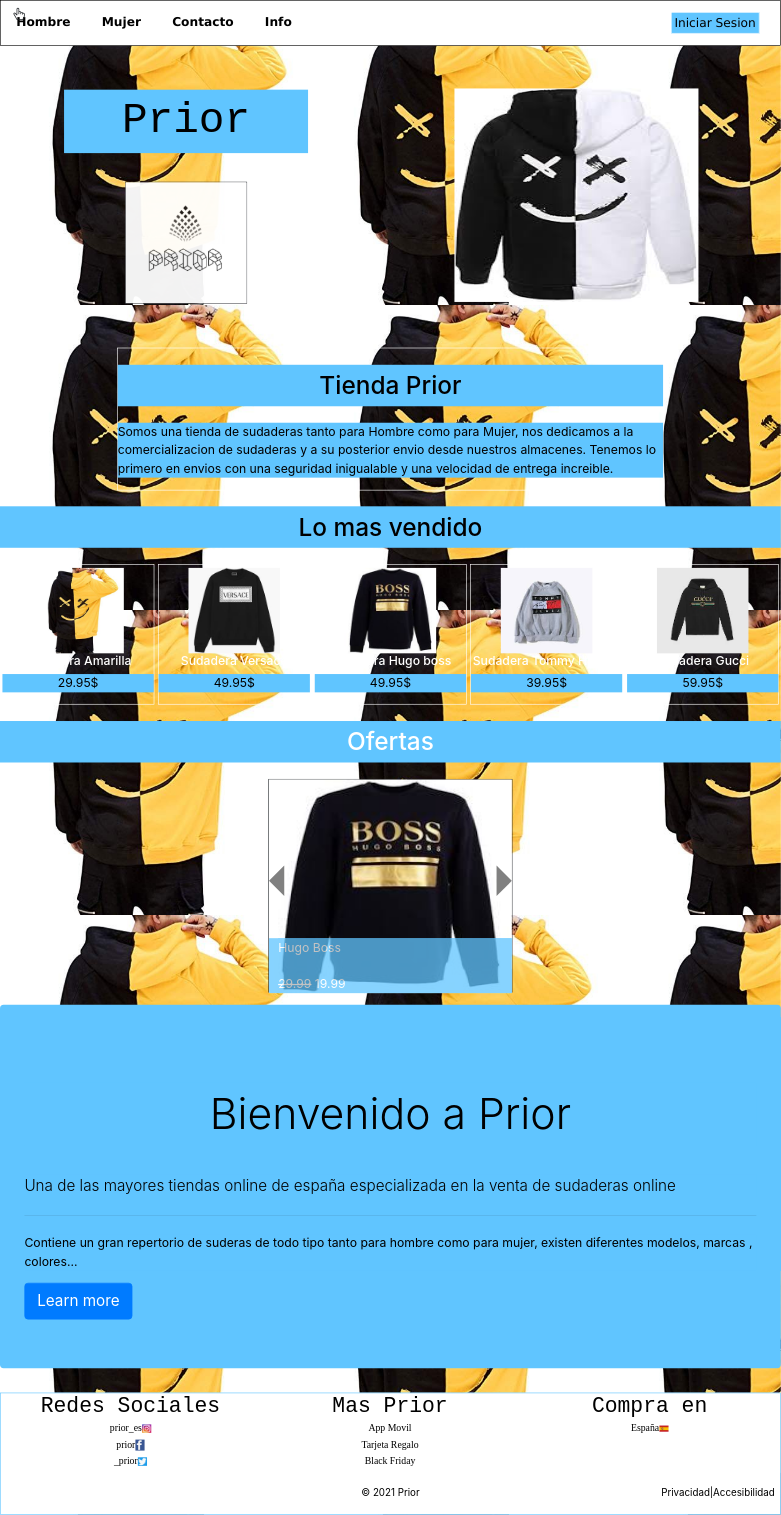
Repository: danilugones10/Proyecto
Page: main.html
The author's editor kept a copy of each file at every save. The page is drawn from the files as they stood at one save, then again after the next save.
The browser window is 1280 px wide. The pictures show the whole page, at 61% of full size.
After loading, the first visible `#oscuro` was clicked once.
Some web libraries are served in a nearby version.

Above is the page before, as saved 2021-03-20 13:06:44.

After the next save:
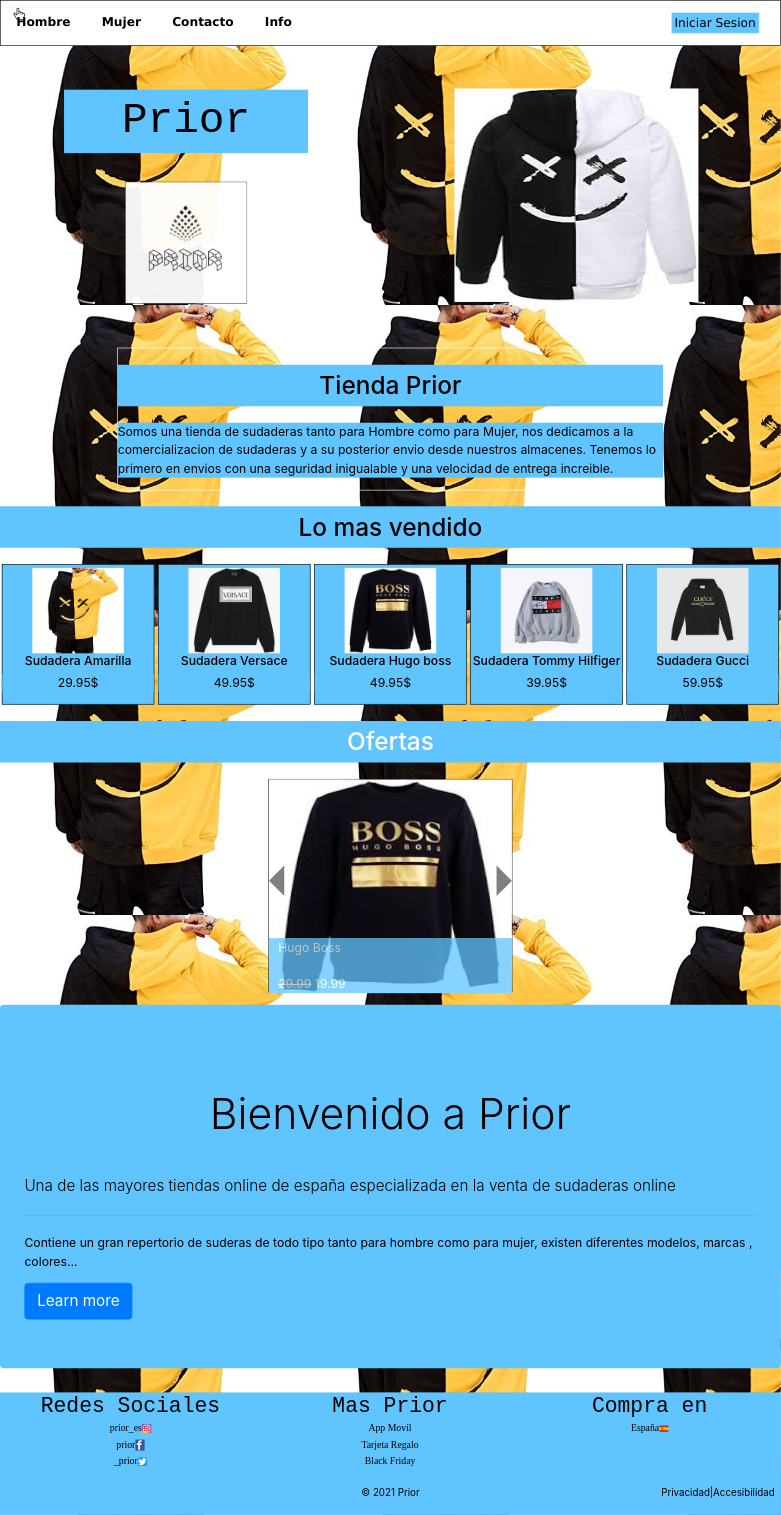
Console error: TypeError: Cannot set properties of null (setting 'className')
Saved 19 s later.
--- a/js/oscuro.js
+++ b/js/oscuro.js
@@ -19,6 +19,7 @@
         section2Prior.className="section2-prior color__oscuro"
         section3H1.className="section3-h1-color color__oscuro"
         section4H1.className="section4-h1 color__oscuro"
+        jumnb.className="jumbotron color__oscuro"
         footer.className="footer color__oscuro"
         for (let index = 0; index < section3Conte.length; index++) {
             const element = section3Conte[index];
